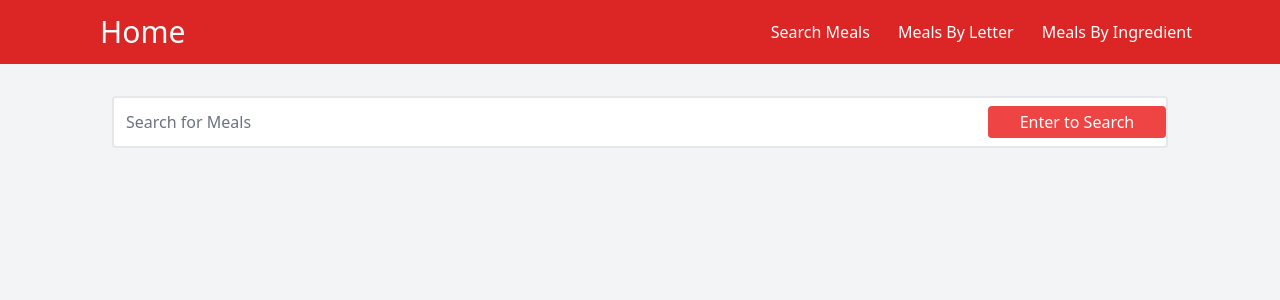
Repository: HalemX/meals
Page: /by-name
An editor plug-in stored every save of this project. The page is shown before and after the next save, followed by the edit.
The browser window is 1280 px wide. The pictures show the whole page.
The project was rebuilt for these pictures with package versions that can differ from the ones it lists, and the page was loaded fresh each time. Also part of the build but not shown: vite.config.js, src/pages/home/Home.vue, src/components/layout/GuestLayout.vue, src/components/ui/BaseButtons.vue, src/pages/meals/MealsByIngredient.vue, src/pages/meals/MealsByLetters.vue, src/components/meals_components/MealDetails.vue, src/pages/meals/AllIngredients.vue.

Above is the page before, as saved 2024-02-12 16:11:31.

After the next save:
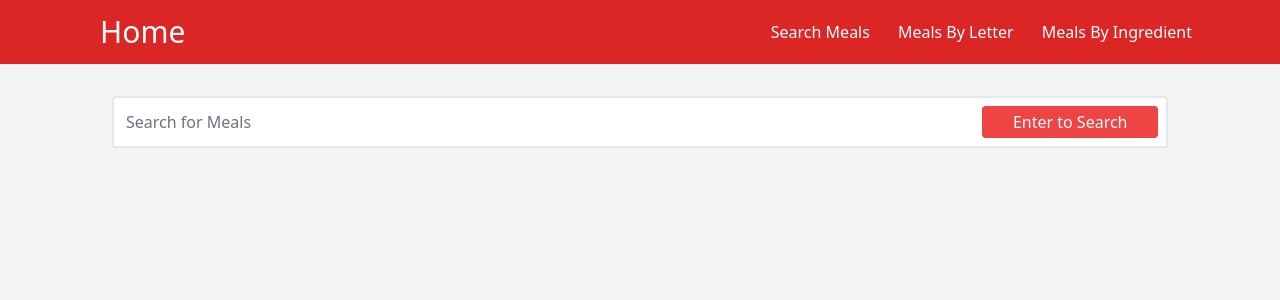
Saved 8 s later.
--- a/src/pages/meals/MealsByName.vue
+++ b/src/pages/meals/MealsByName.vue
@@ -11,7 +11,7 @@
         />
         <button
           @click="searchMealsByName"
-          class="md:w-[20%] mb-2 transition ease-in-out delay-150 sm:mt-2 border-[#ef4444] bg-[#ef4444] hover:scale-105 hover:bg-[#f87171] duration-300 text-white px-3 py-1 rounded"
+          class="md:w-[20%] mb-2 mx-2 transition ease-in-out delay-150 sm:mt-2 border-[#ef4444] bg-[#ef4444] hover:scale-105 hover:bg-[#f87171] duration-300 text-white px-3 py-1 rounded"
         >
           Enter to Search
         </button>
